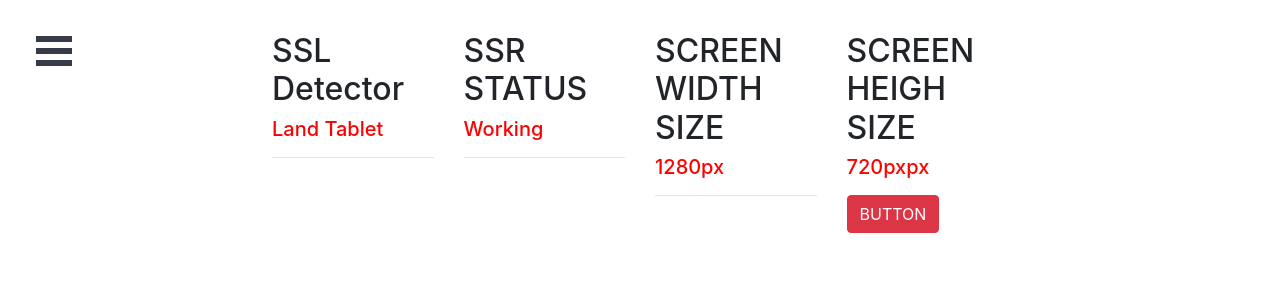
Repository: adrihle/screen-detector-nextpwa
Page: /
An editor plug-in stored every save of this project. The page is shown before and after the next save, followed by the edit.
The browser window is 1280 px wide. The pictures show the whole page.
The project was rebuilt for these pictures with package versions that can differ from the ones it lists, and the page was loaded fresh each time. The framework's server and built-in components were replaced by stand-ins that run in the browser. Imported but missing from the stored project, and not drawn on this page: pages/_document.

Above is the page before, as saved 2020-12-29 18:35:41.

After the next save:
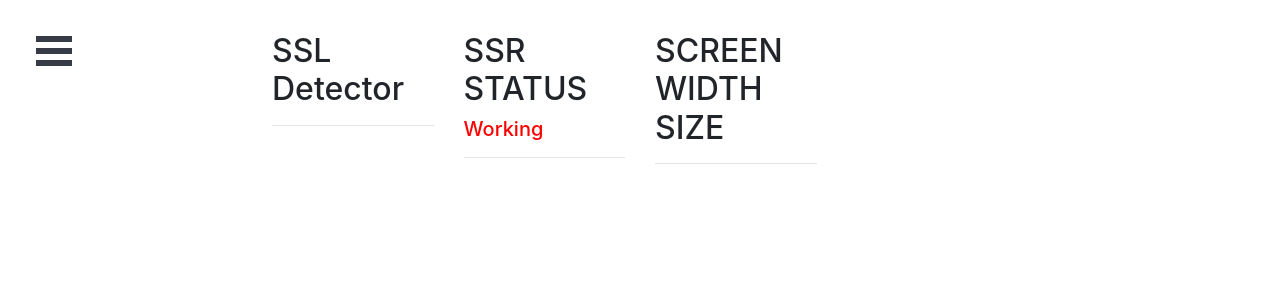
Saved 63 s later.
--- a/pages/_app.js
+++ b/pages/_app.js
@@ -46,14 +46,15 @@ export default class MyApp extends App {
           <link rel="stylesheet" href="https://stackpath.bootstrapcdn.com/bootstrap/4.3.1/css/bootstrap.min.css" integrity="sha384-ggOyR0iXCbMQv3Xipma34MD+dH/1fQ784/j6cY/iJTQUOhcWr7x9JvoRxT2MZw1T" crossorigin="anonymous"></link>
         </Head>
         <Container>
-          {/* here a style layout */}
-          <Menu />
-          <Main>
             {/* here a smart screen detector */}
             <ScreenSizeLayout>
-              <Component {...pageProps} router={router} />
+              <Menu />
+              {/* here a style layout */}
+              <Main>
+                <Component {...pageProps} router={router} />
+
+              </Main>
             </ScreenSizeLayout>
-          </Main>
           <GlobalStyle />
         </Container>
       </>
